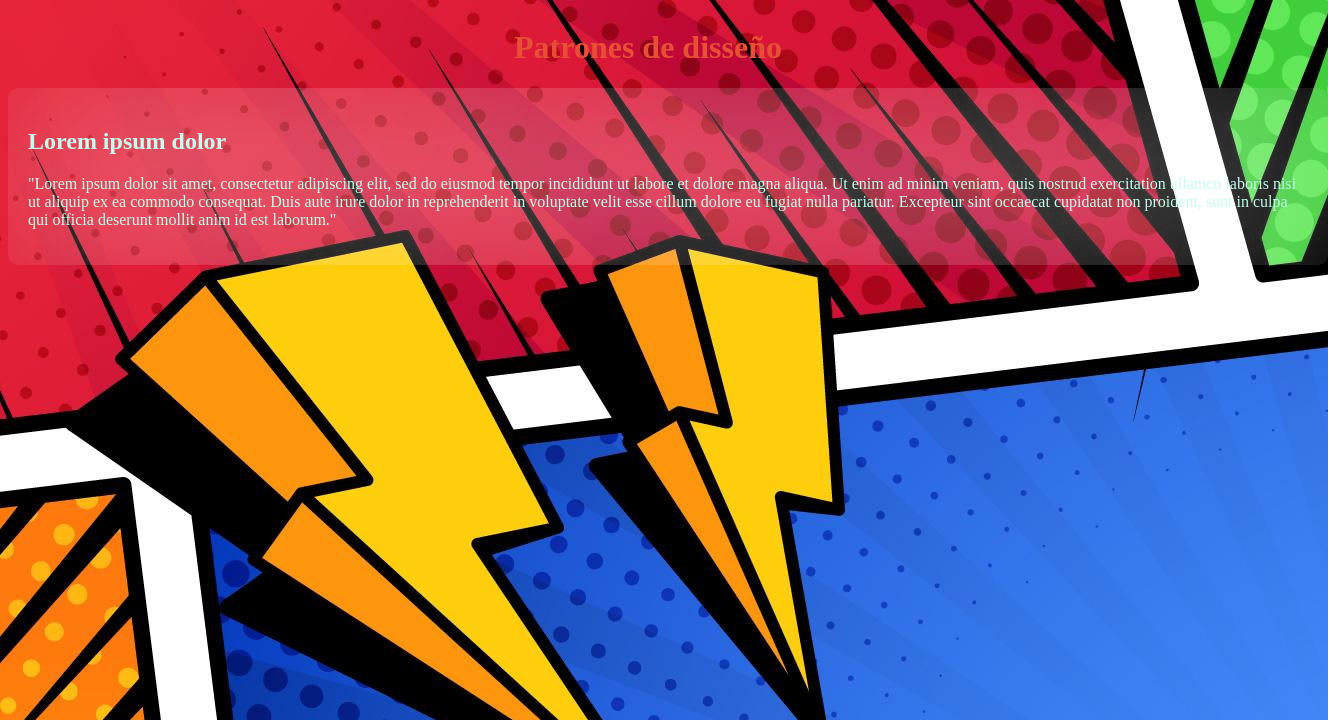
Repository: nrsWebs/design-pattern-es
Page: index.html
These files come from the project's save history. The page is drawn as it stood at one moment and after the next save; the edit follows.
The browser window is 1280 px wide. The page is 1328 px wide, so the pictures cover 1328 px, including what lies to the right of the window. The pictures show the whole page.

Above is the page before, as saved 2021-02-06 19:04:42.

After the next save:
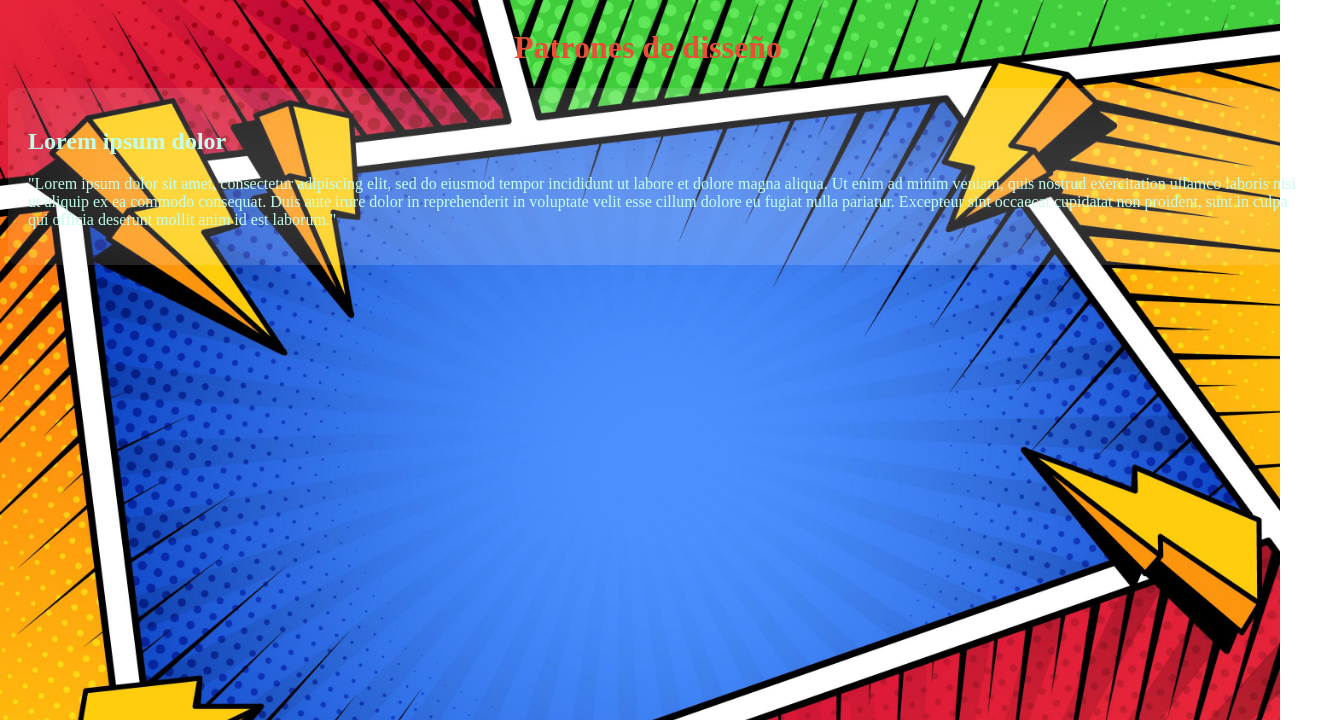
Saved 17 s later.
--- a/source/main.css
+++ b/source/main.css
@@ -8,6 +8,9 @@
 }
 body {
     background-image: url('./images/4845746.jpg');
+    background-repeat: no-repeat;
+    background-attachment: fixed;
+    background-size: cover;
     display: flex;
     justify-content: center;
     width: 100%;
